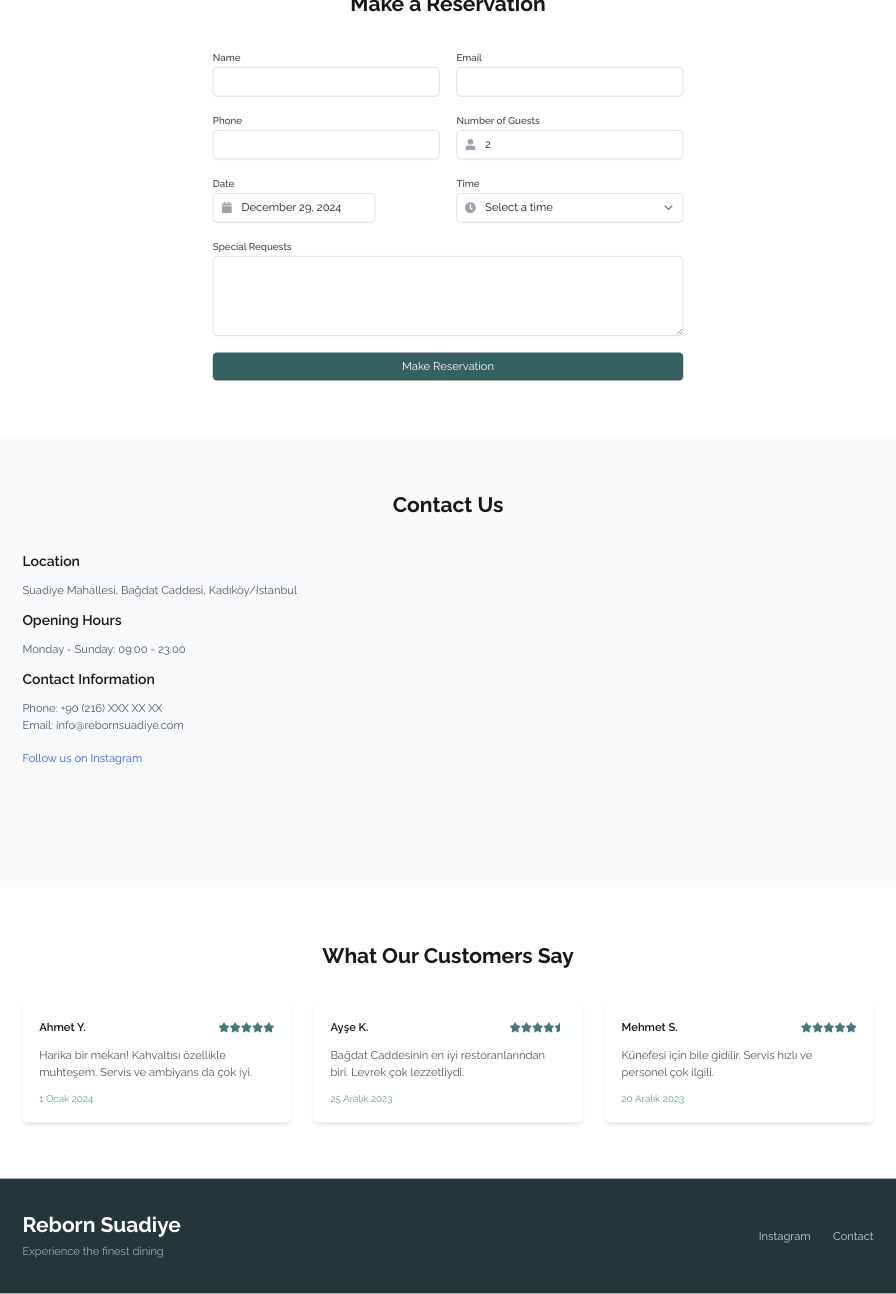
Repository: burakdemirrr/restaurant-website
Page: /
The author's editor kept a copy of each file at every save. The page is drawn from the files as they stood at one save, then again after the next save.
The browser window is 1280 px wide. The pictures show the part of the page from y = 3944 to 5864 px (the page is 5792 px tall before and 5864 px after), at 70% of full size.
Pictures or frames that could not be fetched are drawn as grey boxes. The page's requests for data from a server got no answer. The project was rebuilt for these pictures with package versions that can differ from the ones it lists, and the page was loaded fresh each time. The framework's server and built-in components were replaced by stand-ins that run in the browser. No one was signed in, and anything a server would have sent is missing. Also part of the build but not shown: next.config.ts.

Above is the page before, as saved 2025-01-06 14:43:43.

After the next save:
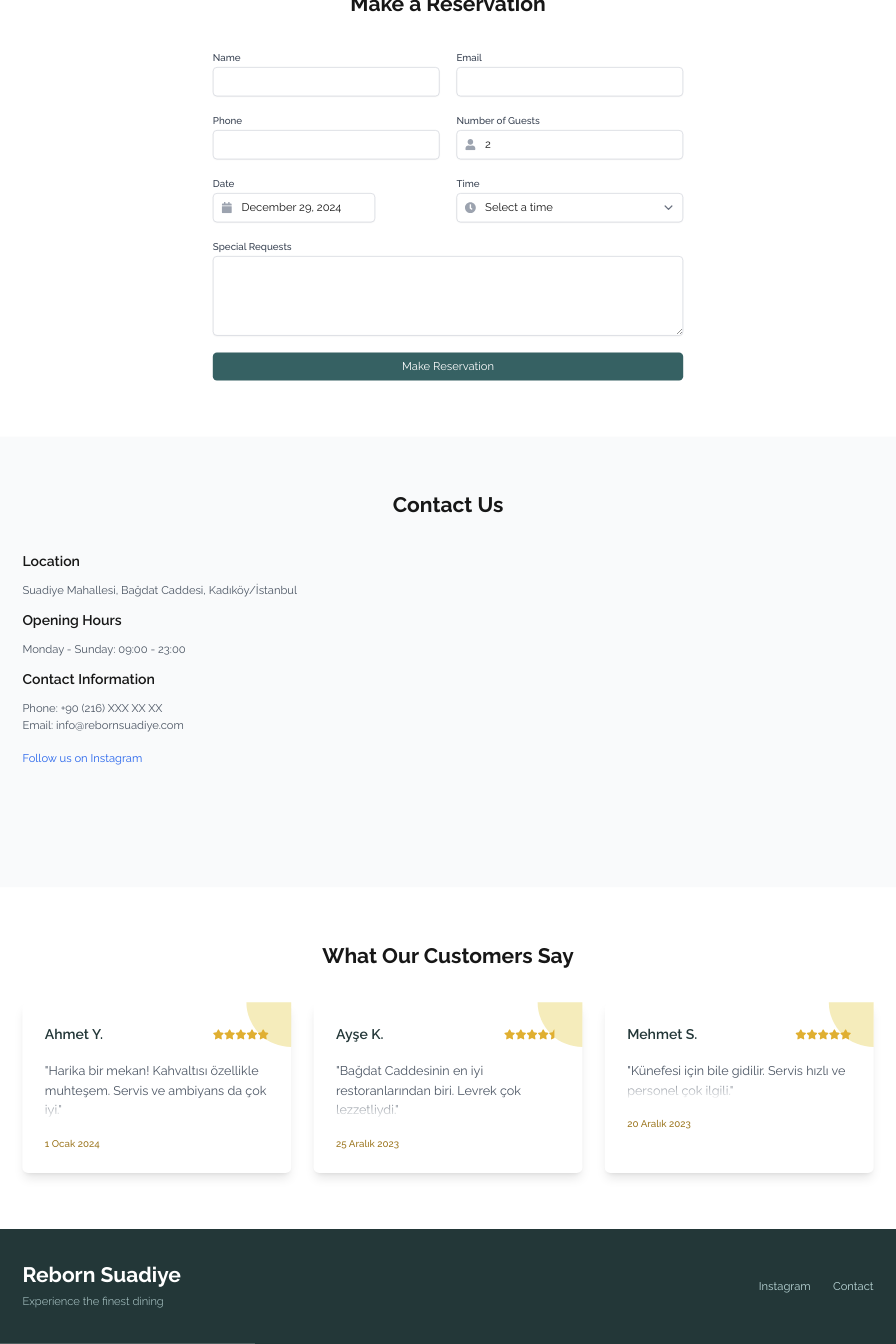
Saved 19 s later.
--- a/src/components/GoogleReviews.tsx
+++ b/src/components/GoogleReviews.tsx
@@ -38,11 +38,11 @@ function RatingStars({ rating }: { rating: number }) {
   const hasHalfStar = rating % 1 !== 0
 
   return (
-    <div className="flex text-primary-500">
+    <div className="flex text-gold-400">
       {[...Array(fullStars)].map((_, i) => (
-        <FaStar key={i} className="transform hover:scale-110 transition-transform" />
+        <FaStar key={i} className="transform hover:scale-125 transition-transform duration-300" />
       ))}
-      {hasHalfStar && <FaStarHalf className="transform hover:scale-110 transition-transform" />}
+      {hasHalfStar && <FaStarHalf className="transform hover:scale-125 transition-transform duration-300" />}
     </div>
   )
 }
@@ -53,23 +53,28 @@ export default function GoogleReviews() {
       {reviews.map((review, index) => (
         <div
           key={review.id}
-          className="bg-white p-6 rounded-lg shadow-md hover:shadow-lg transition-all duration-300 transform hover:-translate-y-1 animate-slide-up"
+          className="bg-white p-8 rounded-lg shadow-lg hover:shadow-xl transition-all duration-500 transform hover:-translate-y-2 animate-scale-up"
           style={{ animationDelay: `${index * 0.2}s` }}
         >
-          <div className="flex items-center justify-between mb-4">
-            <h3 className="font-semibold font-playfair">{review.author}</h3>
+          <div className="flex items-center justify-between mb-6">
+            <h3 className="text-xl font-semibold font-display text-primary-900">{review.author}</h3>
             <RatingStars rating={review.rating} />
           </div>
-          <p className="text-gray-600 mb-4 line-clamp-3 hover:line-clamp-none transition-all duration-300">
-            {review.text}
-          </p>
-          <p className="text-sm text-primary-400">
+          <div className="relative">
+            <p className="text-gray-600 mb-6 line-clamp-3 hover:line-clamp-none transition-all duration-500 text-lg">
+              "{review.text}"
+            </p>
+            <div className="absolute bottom-0 left-0 right-0 h-8 bg-gradient-to-t from-white pointer-events-none" />
+          </div>
+          <p className="text-sm text-gold-600 font-medium">
             {new Date(review.date).toLocaleDateString('tr-TR', {
               year: 'numeric',
               month: 'long',
               day: 'numeric'
             })}
           </p>
+          <div className="absolute top-0 right-0 w-16 h-16 bg-gold-100 rounded-bl-full -z-10 transform rotate-in"
+               style={{ animationDelay: `${index * 0.2 + 0.3}s` }} />
         </div>
       ))}
     </div>
